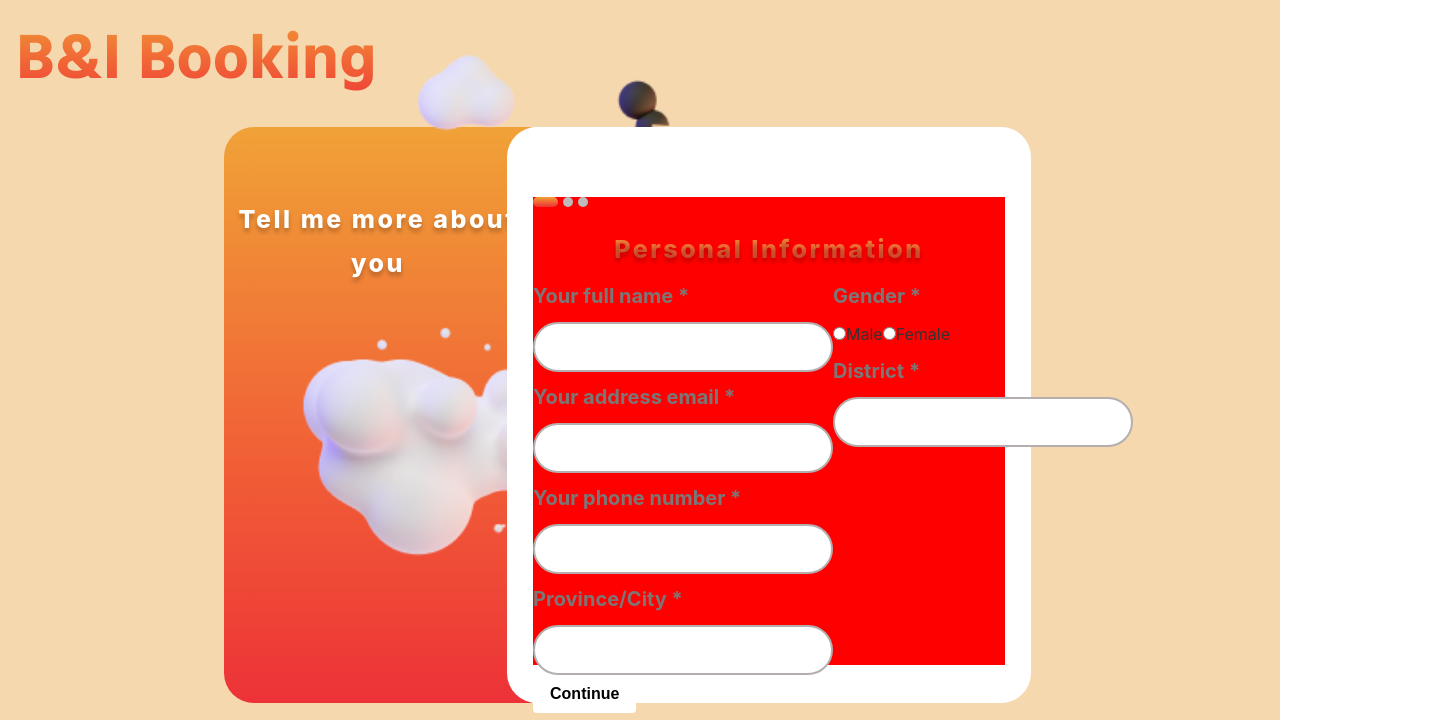
Repository: Grand-Line-PNV/FE-BIBooking
Page: /
The author's editor kept a copy of each file at every save. The page is drawn from the files as they stood at one save, then again after the next save.
The browser window is 1280 px wide. The page is 1280 px wide, then 1447 px, then 1280 px, so the pictures cover 1447 px, including what lies to the right of the window. The pictures show the whole page.
The project was rebuilt for these pictures with package versions that can differ from the ones it lists, and the page was loaded fresh each time. Also part of the build but not shown: src/App.css.

Above is the page before, as saved 2023-02-06 09:43:02.

### public/index.html
<!DOCTYPE html>
<html lang="en">

<head>
  <meta charset="utf-8" />
  <link rel="icon" href="%PUBLIC_URL%/logoBIBooking.png" />
  <meta name="viewport" content="width=device-width, initial-scale=1" />
  <meta name="theme-color" content="#000000" />
  <meta name="description" content="Web site created using create-react-app" />
  <link rel="apple-touch-icon" href="%PUBLIC_URL%/logoBIBooking.png" />
  <!--
      manifest.json provides metadata used when your web app is installed on a
      user's mobile device or desktop. See https://developers.google.com/web/fundamentals/web-app-manifest/
    -->
  <link rel="manifest" href="%PUBLIC_URL%/manifest.json" />
  <!--
      Notice the use of %PUBLIC_URL% in the tags above.
      It will be replaced with the URL of the `public` folder during the build.
      Only files inside the `public` folder can be referenced from the HTML.

      Unlike "/favicon.ico" or "favicon.ico", "%PUBLIC_URL%/favicon.ico" will
      work correctly both with client-side routing and a non-root public URL.
      Learn how to configure a non-root public URL by running `npm run build`.
    -->
  <title>B&IBooking</title>
</head>

<body>
  <noscript>You need to enable JavaScript to run this app.</noscript>
  <div id="root"></div>
  <!--
      This HTML file is a template.
      If you open it directly in the browser, you will see an empty page.

      You can add webfonts, meta tags, or analytics to this file.
      The build step will place the bundled scripts into the <body> tag.

      To begin the development, run `npm start` or `yarn start`.
      To create a production bundle, use `npm run build` or `yarn build`.
    -->
</body>

</html>

### src/App.js
import "./App.css";
import { Provider } from "react-redux";
import store from "./redux";
import { faChevronLeft } from "@fortawesome/free-solid-svg-icons";
import { FontAwesomeIcon } from "@fortawesome/react-fontawesome";
import classNames from "classnames/bind";
import Button from "./components/Button/Button";
import PersonalInformation from "../src/view/pages/Influencers/PersonalInformation/index";

const cx = classNames.bind();

function App() {
  return (
    <Provider store={store}>
      <PersonalInformation />
    </Provider>
  );
}

export default App;

### src/styles/GlobalStyles.js
import "./GlobalStyles.scss";

function GlobalStyles({ children }) {
  return children;
}
export default GlobalStyles;

### src/redux/index.js
import { configureStore } from "@reduxjs/toolkit";

const store = configureStore({
	reducer: {
	},
});

export default store;

### src/components/Button/Button.js
import classNames from "classnames/bind"
import { Link } from "react-router-dom";
import styles from './Button.module.scss'

const cx = classNames.bind(styles)

function Button({
    children,
    small=false,
    large=false,
    primary = false,
    outline = false,
    rounded= false,
    text = false,
    disabled = false,
    to, href,className,leftIcon,rightIcon, onClick, ...passProps}) {
    let Comp = 'button';
    const props = {
        onClick,
        ...passProps
    }
    //Remove event listener when btn is disabled

    if(disabled) {
        Object.keys(props).forEach(key =>{
            if(key.startsWith('on') && typeof props[key] === 'function'){
                delete props[key];
            }
        })
    }
    if(to){
        props.to = to
        Comp = Link
    }else if(href){
        props.href = href
        Comp = 'a'
    }
    const classes = cx('wrapper',{
        [className]:className,
        primary,
        outline,
        rounded,
        small,
        large,
        text,
        disabled
    })
    return (
        <Comp className={classes} {...props}>
            {leftIcon && <span className={cx('icon')}>{leftIcon}</span>}
            <span className={cx('title')}>{children}</span>
            {rightIcon && <span className={cx('icon')}>{rightIcon}</span>}

        </Comp>
    )
}

export default Button;

### src/view/pages/Influencers/PersonalInformation/index.js
import React from "react";
import classNames from "classnames/bind";
import styles from "./PersonalInformation.module.scss";
import { Logo, Saly1 } from "../../../../assets/images";
import Button from "../../../../components/Button/Button";

const cx = classNames.bind(styles);

export default function PersonalInformation() {
  return (
    <>
      <div>
        <div className={cx("personalInfor")}>
          <img
            style={{ objectFit: "cover", padding: "30px 20px" }}
            src={Logo}
            alt="LogoB&IBooking"
          />
          <div className={cx("container")}>
            <div className={cx("personalInfor__container")}>
              <div className={cx("block_left")}>
                <p className={cx("personalInfor_title")}>
                  Tell me more about you
                </p>
              </div>
                <img className={cx("saly1_img")} src={Saly1} alt="Saly1" />
              <div className={cx("block_right")}>
                <div className={cx("block__container")}>
                  <div className={cx("dots")}>
                    <span className={cx("dot", "active")}></span>
                    <span className={cx("dot")}></span>
                    <span className={cx("dot")}></span>
                  </div>
                  <div className={cx("information")}>
                    <p className={cx("information__title")}>
                      Personal Information
                    </p>
                    <form className={cx("form")}>
                      <div className={cx("form-control-left")}>
                        <div className={cx("form-group")}>
                          <label className={cx("form-label")}>Your full name *</label>
                          <input className={cx("form-input")} type="email" required />
                        </div>
                        <div className={cx("form-group")}>
                          <label className={cx("form-label")}>Your address email *</label>
                          <input className={cx("form-input")} type="email" required />
                        </div>
                        <div className={cx("form-group")}>
                          <label className={cx("form-label")}>Your phone number *</label>
                          <input className={cx("form-input")} type="email" required />
                        </div>
                        <div className={cx("form-group")}>
                          <label className={cx("form-label")}>Province/City *</label>
                          <input className={cx("form-input")} type="email" required />
                        </div>
                      </div>
                      <div className={cx("form-control-right")}>
                        <div className={cx("form-group")}>
                          <label className={cx("form-label")}>Gender *</label>
                          <div className={cx("input-radio")}>
                            <input type="radio" required />
                            <label>Male</label>
                            <input type="radio" required />
                            <label>Female</label>
                          </div>
                        </div>
                        <div className={cx("form-group")}>
                          <label className={cx("form-label")}>District *</label>
                          <input className={cx("form-input")} type="email" required />
                        </div>
                      </div>
                    </form>
                    <Button>Continue</Button>
                  </div>
                </div>
              </div>
            </div>
          </div>
        </div>
      </div>
    </>
  );
}

### src/styles/GlobalStyles.scss
:root{
    --white:  rgba(255, 255, 255, 1.0);
    --primary: #fe2c55;
    --black: #000;
    --text-color: #333;
}
*{
    margin: 0;
    padding: 0;
    box-sizing: border-box;
}
html{
    font-size:62.5%;
}
body{
    text-rendering: optimizeSpeed;
    font-family: 'ProximaNova', sans-serif;
    font-size: 1.6rem;
    line-height: 1.5;
    color: var(--text-color)
}
button, input,[tabindex]{
    outline: none;
    border: none;
}
a[href]{
    color: var(--text-color);
    text-decoration: none
}

### src/components/Button/Button.module.scss
.wrapper{
    display: inline-flex;
    align-items: center;
    justify-content: center;
    font-size: 1.6rem;
    font-weight:700;
    font-family: 'ProximaNova', sans-serif;
    min-width: 100px;
    padding: 9px 16px;
    border-radius: 4px;
    cursor: pointer;
    background-color: var(--white);
    border: 1px solid transparent;
    user-select: none;

    + .wrapper{
        margin-left:8px;
    }
    &.disabled{
        pointer-events: none;
        opacity: 0.6;
    }
}
//Button types
.rounded{
    border-radius:999px;
    border-width: 1px;
    border-style: solid;
    box-shadow: 0 2px 8px rgb(0 0 0 / 6%);
    border-color: rgba(22, 24, 35, 0.12);

    &:hover{
        border-color: rgba(22, 24, 35, 0.2);
        background-color: rgba(22, 24, 35, 0.03);
    }
}

.primary{
    color: var(--white);
    background-color: var(--primary);
    border-color: var(--primary);
    &:hover{
        border-color: var(--primary);
        background: linear-gradient(0deg, rgba(0, 0, 0, 0.06), rgba(0, 0, 0, 0.06)),#FE2C55;
    }
}
.outline{
    color: var(--primary);
    border-color: currentColor;
    &:hover{
        border-color: currentColor;
        background-color: rgba(254, 44, 85, 0.06);
    }
}
.text{
    &:hover{
        text-decoration: underline;
    }
}
//Disabled

// Button sizes
.small{
    min-width: 88px;
    padding: 4px 16px;
}
.large{
    padding: 14px 16px;
    min-width: 140px;
}
.icon + .title, .title + .icon{
    margin-left: 8px;
}
.icon{
    display: inline-block;
    width: 24px;
    text-align: center;
}

### src/view/pages/Influencers/PersonalInformation/PersonalInformation.module.scss
:root {
  // color
  --Wheat-color: #f5d8ae;
  --SonicSilver-color: #7b7777;
  --Linear-orange-color: linear-gradient(
    180deg,
    #f0a237 0%,
    #f16736 50.31%,
    #ed3237 100%
  );
  --Inter-font-family: "Inter", sans-serif;
}
.personalInfor {
  width: 100%;
  height: 100vh;
  background-color: var(--Wheat-color);
  font-family: var(--Inter-font-family);
  & .container {
    width: 65%;
    // height: 50vh;
    // background-color: white;
    margin: 0 auto;
    border-radius: 20px;
    & .personalInfor__container {
      width: 100%;
      height: 80vh;
      display: flex;
      position: relative;
      & .block_left {
        width: 37%;
        background: var(--Linear-orange-color);
        text-align: center;
        border-top-left-radius: 30px;
        border-bottom-left-radius: 30px;
        & .personalInfor_title {
          padding-top: 70px;
          font-style: normal;
          font-weight: 800;
          font-size: 25px;
          line-height: 44px;
          letter-spacing: 0.1em;
          color: #ffffff;
          text-shadow: 0px 4px 4px rgba(0, 0, 0, 0.25);
        }
        // & .saly1_img {
        //   width: 67rem;
        //   object-fit: cover;
        //   position: absolute;
        //   z-index: 1;
        //   bottom: 0;
        //   left: 0;
        //   transform: translateX(-60px);
        // }
      }
      & .saly1_img {
        width: 67rem;
        object-fit: cover;
        position: absolute;
        z-index: 0;
        bottom: 0;
        left: 0;
        transform: translateX(-60px);
      }
      & .block_right {
        width: 63%;
        background-color: white;
        border-radius: 30px;
        transform: translateX(-25px);
        & .block__container {
          width: 90%;
          height: 65vh;
          margin: 0 auto;
          margin-top: 70px;
          position: relative;
        //   z-index: 99;
          background-color: red;
          & .dots {
            display: flex;
            gap: 5px;
            & .dot {
              height: 10px;
              width: 10px;
              background-color: #bbb;
              border-radius: 100rem;
            }
            & .active {
              background: var(--Linear-orange-color);
              width: 25px;
            }
          }
          & .information {
            // position: relative;
            // z-index: 100;
            & .information__title {
              margin-top: 20px;
              background: linear-gradient(
                180deg,
                #f0a237 0%,
                #f16736 50.83%,
                #ed3237 100%
              );
              background-clip: text;
              color: transparent;
              font-style: normal;
              font-weight: 800;
              font-size: 25px;
              line-height: 44px;
              letter-spacing: 0.1em;
              text-shadow: 0px 4px 4px rgba(0, 0, 0, 0.25);
              text-align: center;
            }
            & .form {
              display: flex;
              & .form-control-left {
              }
              & .form-group {
                display: flex;
                flex-direction: column;
                & .form-label {
                  color: var(--SonicSilver-color);
                  font-style: normal;
                  font-weight: 700;
                  font-size: 20px;
                  line-height: 51px;
                }
                & .form-input {
                  background: #ffffff;
                  border: 2px solid #b4aeae;
                  border-radius: 99px;
                  width: 300px;
                  height: 50px;
                  font-size: 20px;
                  text-align: center;
                }
              }
            }
          }
        }
      }
    }
  }
}

### src/assets/images/index.js
import Logo from "./LogoB&IBooking.png";
import Saly1 from "./Saly1.png";

export { Logo, Saly1 };

Loaded but not shown: src/index.js (common file); src/index.css (common file); src/reportWebVitals.js (common file)

After the next save:
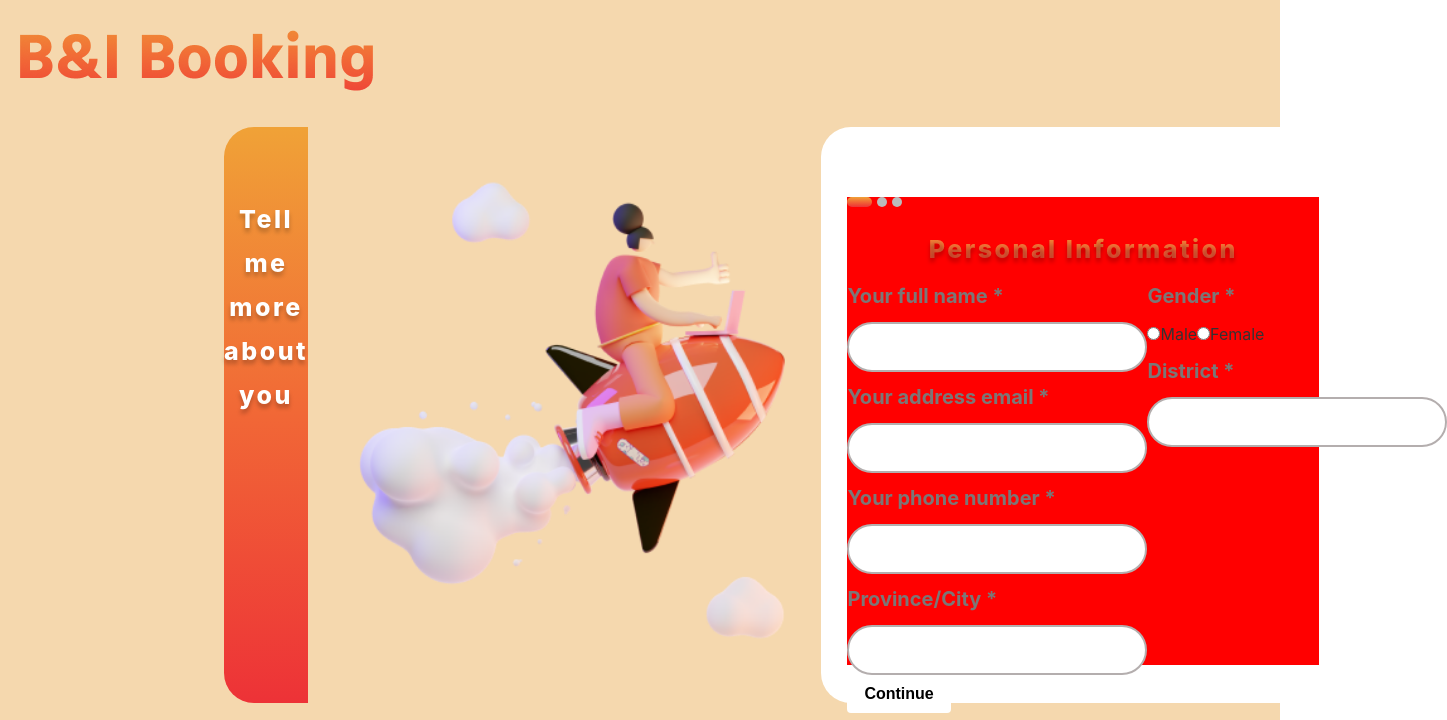
Saved 17 s later.
--- a/src/view/pages/Influencers/PersonalInformation/PersonalInformation.module.scss
+++ b/src/view/pages/Influencers/PersonalInformation/PersonalInformation.module.scss
@@ -56,7 +56,8 @@
         width: 67rem;
         object-fit: cover;
         position: absolute;
-        z-index: 0;
+        // z-index: 0;
+        position: relative;
         bottom: 0;
         left: 0;
         transform: translateX(-60px);

After the save that followed:
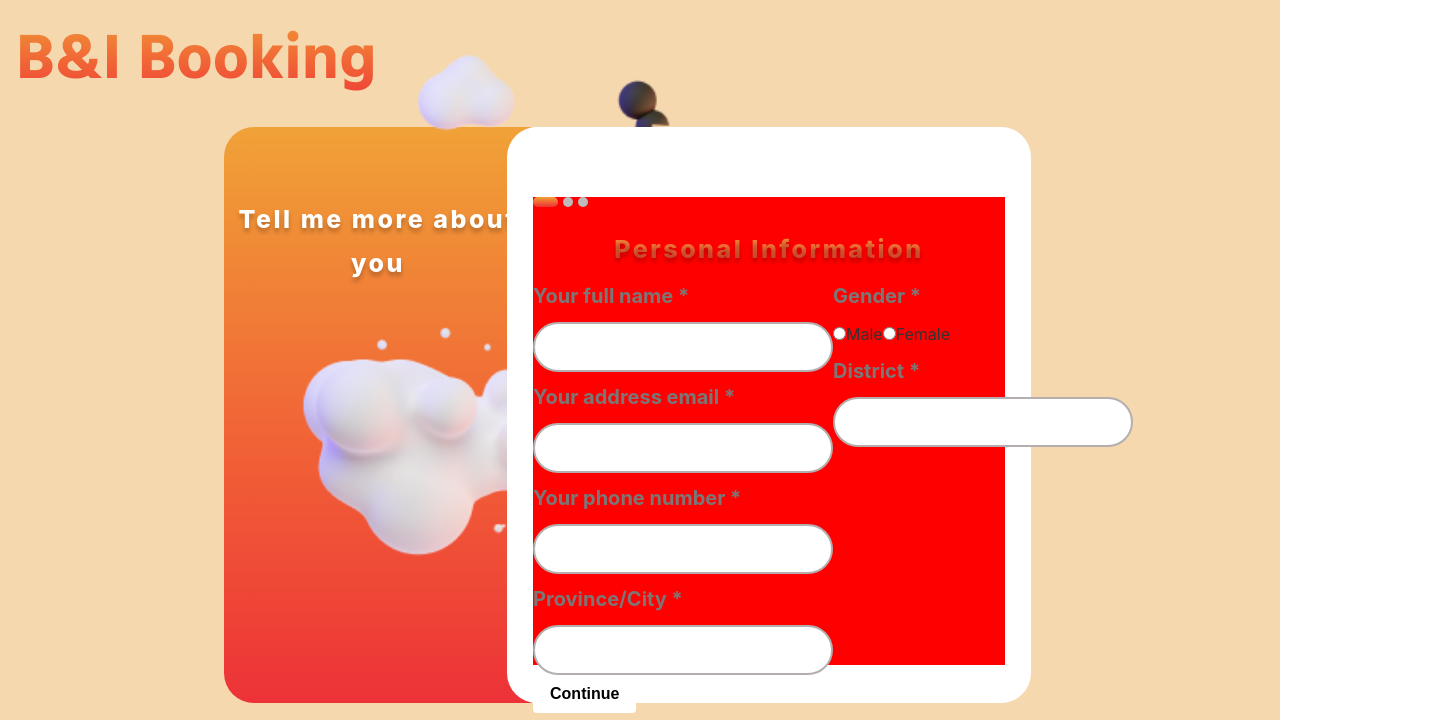
Saved 5 s later.
--- a/src/view/pages/Influencers/PersonalInformation/PersonalInformation.module.scss
+++ b/src/view/pages/Influencers/PersonalInformation/PersonalInformation.module.scss
@@ -57,7 +57,6 @@
         object-fit: cover;
         position: absolute;
         // z-index: 0;
-        position: relative;
         bottom: 0;
         left: 0;
         transform: translateX(-60px);
